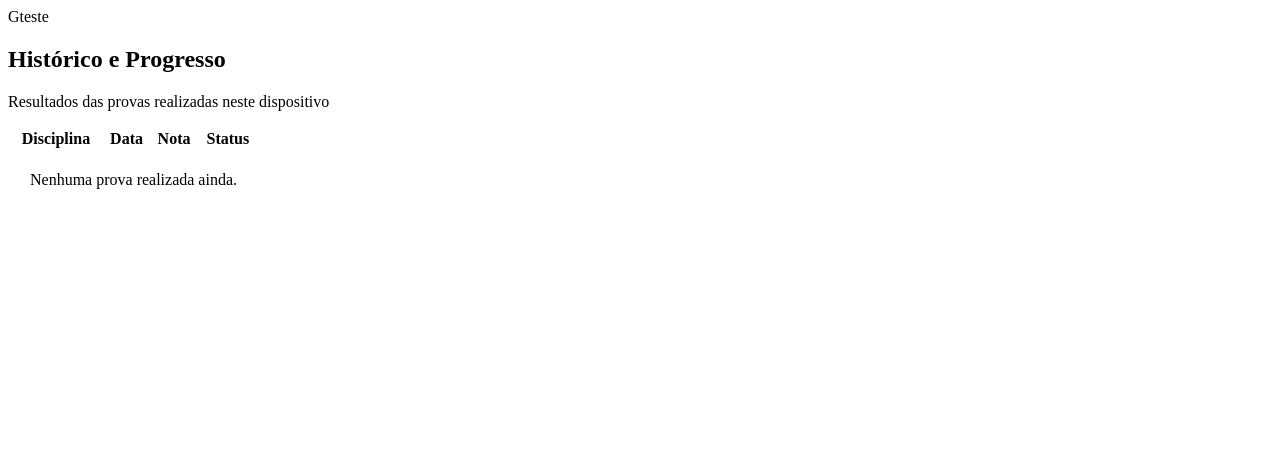
Repository: juvencio009/infratech-web
Page: progress.html
The author's editor kept a copy of each file at every save. The page is drawn from the files as they stood at one save, then again after the next save.
The browser window is 1280 px wide. The pictures show the whole page.

Above is the page before, as saved 2025-12-18 23:48:29.

After the next save:
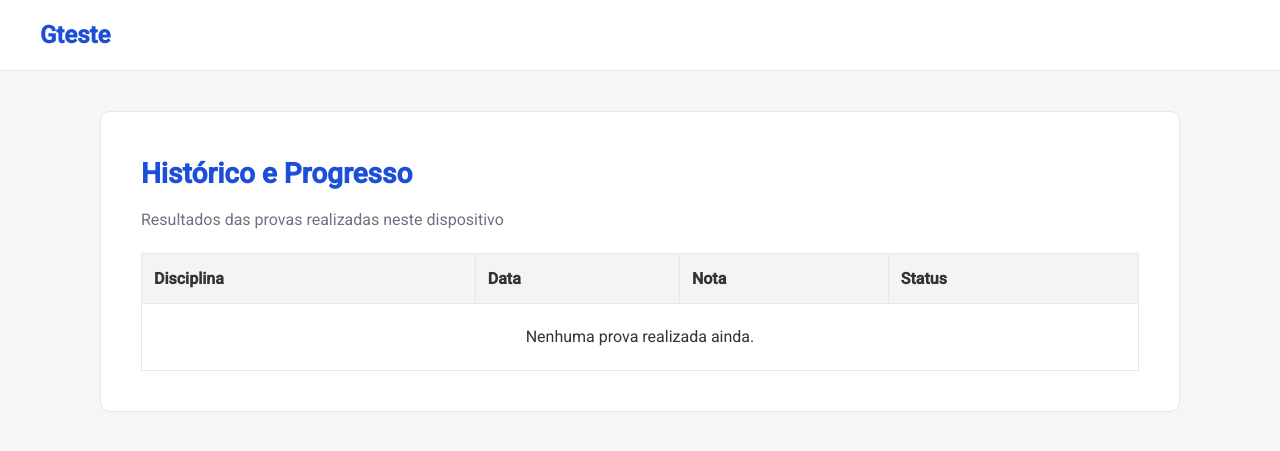
Saved 5 s later.
--- a/progress.html
+++ b/progress.html
@@ -13,7 +13,118 @@
   <link rel="stylesheet" href="https://fonts.googleapis.com/css2?family=Roboto:wght@400;500&display=swap">
 
   <!-- External CSS (custom styles) -->
+  <style>
+    /* ============================
+   BASE STYLES
+============================ */
 
+* {
+  box-sizing: border-box;
+  margin: 0;
+  padding: 0;
+  font-family: 'Roboto', sans-serif;
+}
+
+body {
+  background-color: #f4f6f8;
+  color: #333;
+  font-size: 16px;
+  line-height: 1.6;
+  margin: 0;
+}
+
+/* ============================
+   HEADER
+============================ */
+
+header {
+  background-color: #fff;
+  border-bottom: 1px solid #e5e7eb;
+  padding: 16px 40px;
+  display: flex;
+  align-items: center;
+  justify-content: space-between;
+}
+
+.logo {
+  font-size: 24px;
+  font-weight: 600;
+  color: #1d4ed8;
+  cursor: pointer;
+  transition: color 0.3s ease;
+}
+
+.logo:hover {
+  color: #2563eb;
+}
+
+/* ============================
+   MAIN CONTENT
+============================ */
+
+main {
+  max-width: 1080px;
+  margin: 40px auto;
+  background-color: #fff;
+  border-radius: 10px;
+  border: 1px solid #e5e7eb;
+  padding: 40px;
+}
+
+/* Header and Subtitle */
+h2 {
+  font-size: 28px;
+  color: #1d4ed8;
+  margin-bottom: 10px;
+}
+
+.subtitle {
+  font-size: 16px;
+  color: #6b7280;
+  margin-bottom: 20px;
+}
+
+/* ============================
+   TABLE STYLES
+============================ */
+
+table {
+  width: 100%;
+  border-collapse: collapse;
+}
+
+thead {
+  background-color: #f3f4f6;
+}
+
+th, td {
+  padding: 12px;
+  text-align: left;
+  border: 1px solid #e5e7eb;
+}
+
+tbody tr:nth-child(even) {
+  background-color: #f9fafb;
+}
+
+tbody tr:hover {
+  background-color: #e5e7eb;
+  transition: background-color 0.3s ease;
+}
+
+/* ============================
+   FOOTER
+============================ */
+
+footer {
+  text-align: center;
+  padding: 20px;
+  font-size: 14px;
+  background-color: #f9fafb;
+  border-top: 2px solid #e5e7eb;
+}
+
+  </style>
 
   <!-- Bootstrap Icons for user-friendly icons -->
   <link href="https://cdn.jsdelivr.net/npm/bootstrap-icons@1.11.3/font/bootstrap-icons.css" rel="stylesheet">
